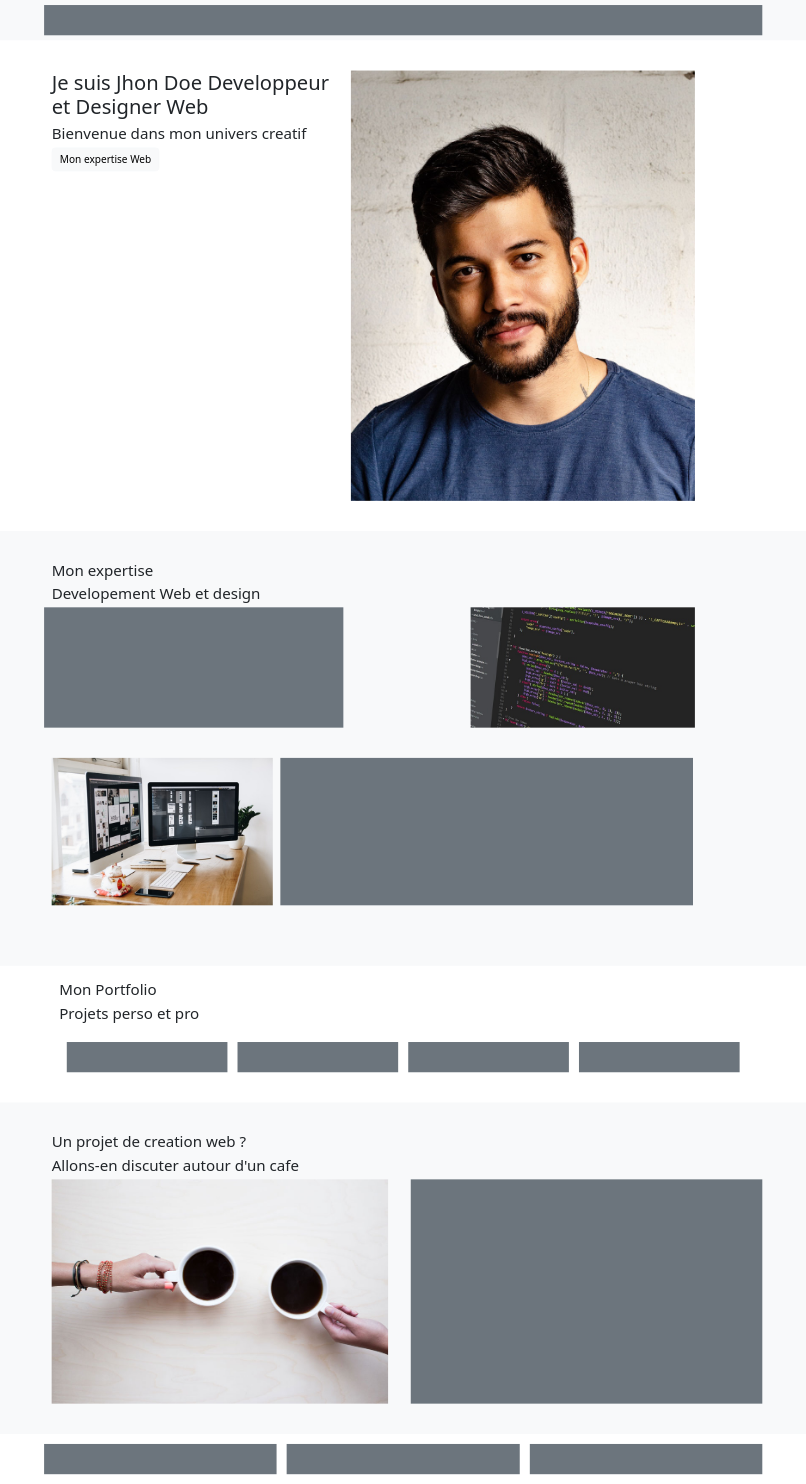
Repository: wadelfadill/Bootstrap_tache_1_portfolio
Page: index.html
The author's editor kept a copy of each file at every save. The page is drawn from the files as they stood at one save, then again after the next save.
The browser window is 1280 px wide. The pictures show the whole page, at 63% of full size.

Above is the page before, as saved 2023-03-27 13:26:32.

### index.html
<!DOCTYPE html>
<html lang="en">
<head>
    <meta charset="UTF-8">
    <meta http-equiv="X-UA-Compatible" content="IE=edge">
    <meta name="viewport" content="width=device-width, initial-scale=1.0">
    <title>Portfolio_Bootstrap</title>
    <link href="https://cdn.jsdelivr.net/npm/bootstrap@5.3.0-alpha2/dist/css/bootstrap.min.css" rel="stylesheet" integrity="sha384-aFq/bzH65dt+w6FI2ooMVUpc+21e0SRygnTpmBvdBgSdnuTN7QbdgL+OapgHtvPp" crossorigin="anonymous">
    <link rel="stylesheet" href="style.css">
</head>
<body>
    <header>
        <nav class="navbar bg-light container-fluid">
            <div class="container bg-secondary py-4">

            </div>
        </nav>
    </header>
    <main>
        <section class="my-5">
            <div class="container">
                <div class="row">
                    <div class="col-5">
                        <p class="h2">Je suis Jhon Doe Developpeur et Designer Web</p>
                        <p class="h4">Bienvenue dans mon univers creatif</p>
                        <a class="btn btn-light" href="#" role="button">Mon expertise Web</a>

                    </div>
                    <div class="col-6">
                        <img src="img/portrait.jpg" alt="profile de Jhon Doe" class="w-100">
                    </div>
                </div>
            </div>
        </section>
        <section>
            <div class="container-fluid bg-light py-5 mt-5">
                <div class="container ">
                 <p class="h4">Mon expertise</p>
                 <p class="h4">Developement Web et design</p>
                <div class="row">
                    <div class="col-5 bg-secondary">

                    </div>
                    <div class="col-2"></div>
                    <div class="col-4">
                        <img src="img/code.jpg" alt="" class="w-100">
                    </div>
                </div>
                <div class="row my-5 pe-3">
                    <div class="col-4">
                        <img src="img/design.jpg" alt="" class="w-100">
                    </div>

                    <div class="col-7 bg-secondary">

                    </div>
                </div>
             </div>
        </section>
        <section class="container">
            <div class="container my-4">
                <p class="h4">Mon Portfolio</p>
                <p class="h4">Projets perso et pro</p>
                <div class="row gap-3 p-4">
                    <div class="col bg-secondary py-4"></div>
                    <div class="col bg-secondary py-4"></div>
                    <div class="col bg-secondary py-4"></div>
                    <div class="col bg-secondary py-4"></div>
                </div>
            </div>
        </section>
        <section class="p-5 bg-light">
            <div class="container">
                <p class="h4">Un projet de creation web ?</p>
                <p class="h4">Allons-en discuter autour d'un cafe</p>
                <div class="row gap-4">
                    <div class="col">
                        <img src="img/grab-a-coffee.jpg" class="w-100" alt="">
                    </div>
                    <div class="col bg-secondary"></div>
                </div>
            </div>
        </section>
    </main>
    <footer>
        <div class="container">
            <div class="row gap-3 py-3">
                <div class="col p-4 bg-secondary"></div>
                <div class="col p-4 bg-secondary"></div>
                <div class="col p-4 bg-secondary"></div>
            </div>
        </div>
    </footer>


</body>
</html>

Loaded but not shown: style.css (no stored copy; drawn as an empty file)

After the next save:
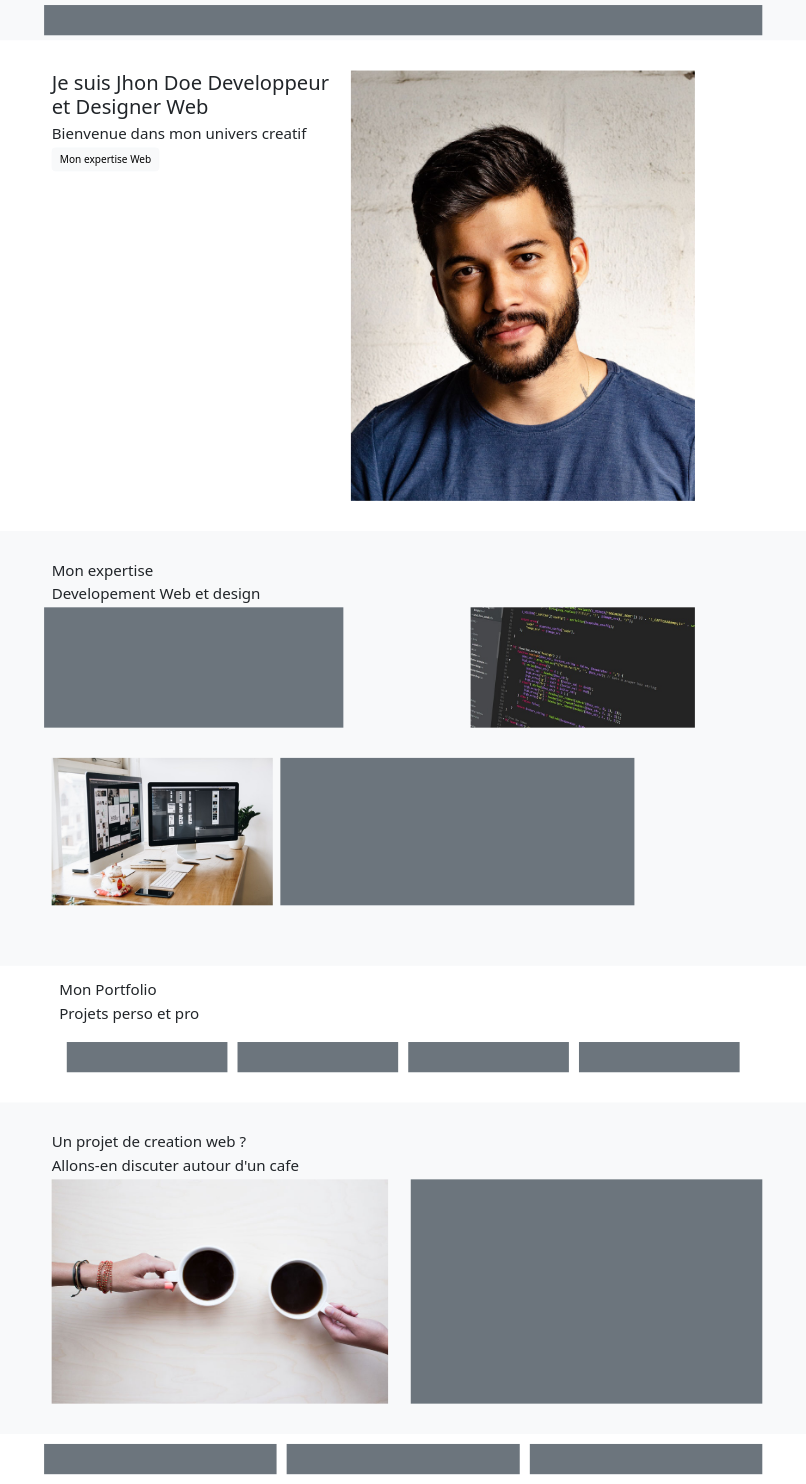
Saved 8 s later.
--- a/index.html
+++ b/index.html
@@ -51,7 +51,7 @@
                         <img src="img/design.jpg" alt="" class="w-100">
                     </div>
 
-                    <div class="col-7 bg-secondary">
+                    <div class="col-6 bg-secondary">
 
                     </div>
                 </div>
